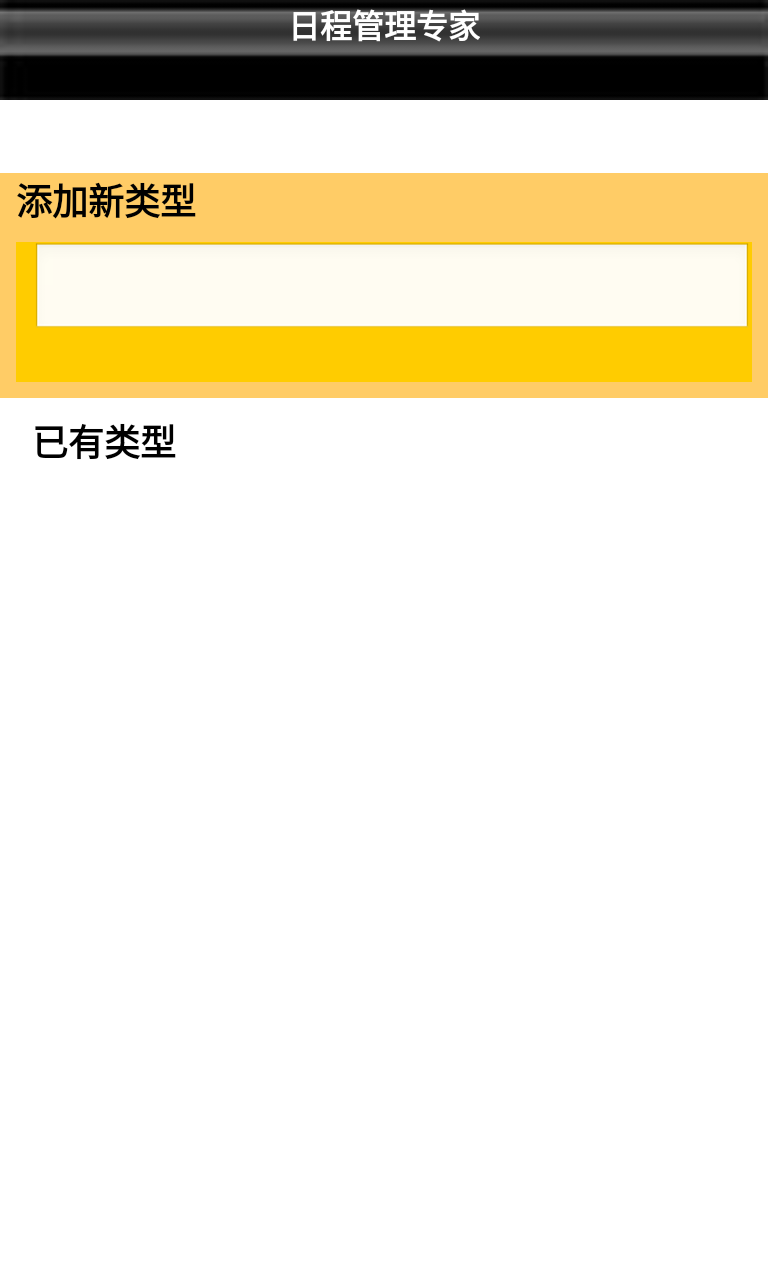
Repository: gogolaile/CoolWeather
Layout: DayDel/res/layout/add.xml
These files come from the project's save history. The layout is drawn as it stood at one moment and after the next save; the edit follows.
It is drawn on a 768 x 1280 px phone screen (xhdpi) without system bars, with theme android:Theme.NoTitleBar.Fullscreen; the app's code is not run. Lists and similar views that code fills are empty.

Above is the layout before, as saved 2015-12-05 09:54:06.

After the next save:
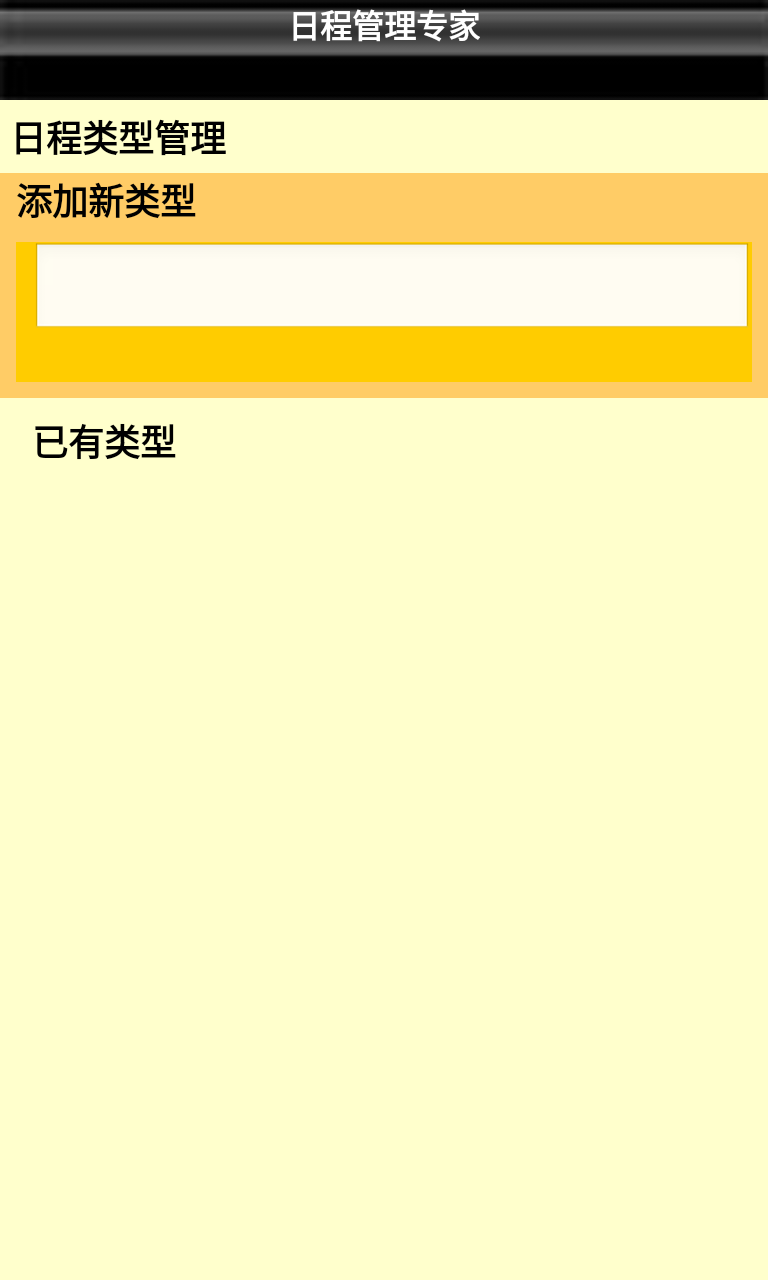
Saved 3 min 8 s later.
--- a/DayDel/res/layout/add.xml
+++ b/DayDel/res/layout/add.xml
@@ -1,7 +1,7 @@
 <LinearLayout xmlns:android="http://schemas.android.com/apk/res/android"
     android:layout_width="match_parent"
     android:layout_height="match_parent"
-    android:background="#FFFF"
+    android:background="#FFFFCC"
     android:orientation="vertical">
 
     <FrameLayout
@@ -23,7 +23,7 @@
         android:layout_height="wrap_content"
         android:text="@string/daytype_manage"
         android:textSize="18sp"
-        android:textColor="#FFFF"
+        android:textColor="#000"
         android:textStyle="bold"
         android:layout_margin="5dp"/>
       <LinearLayout
